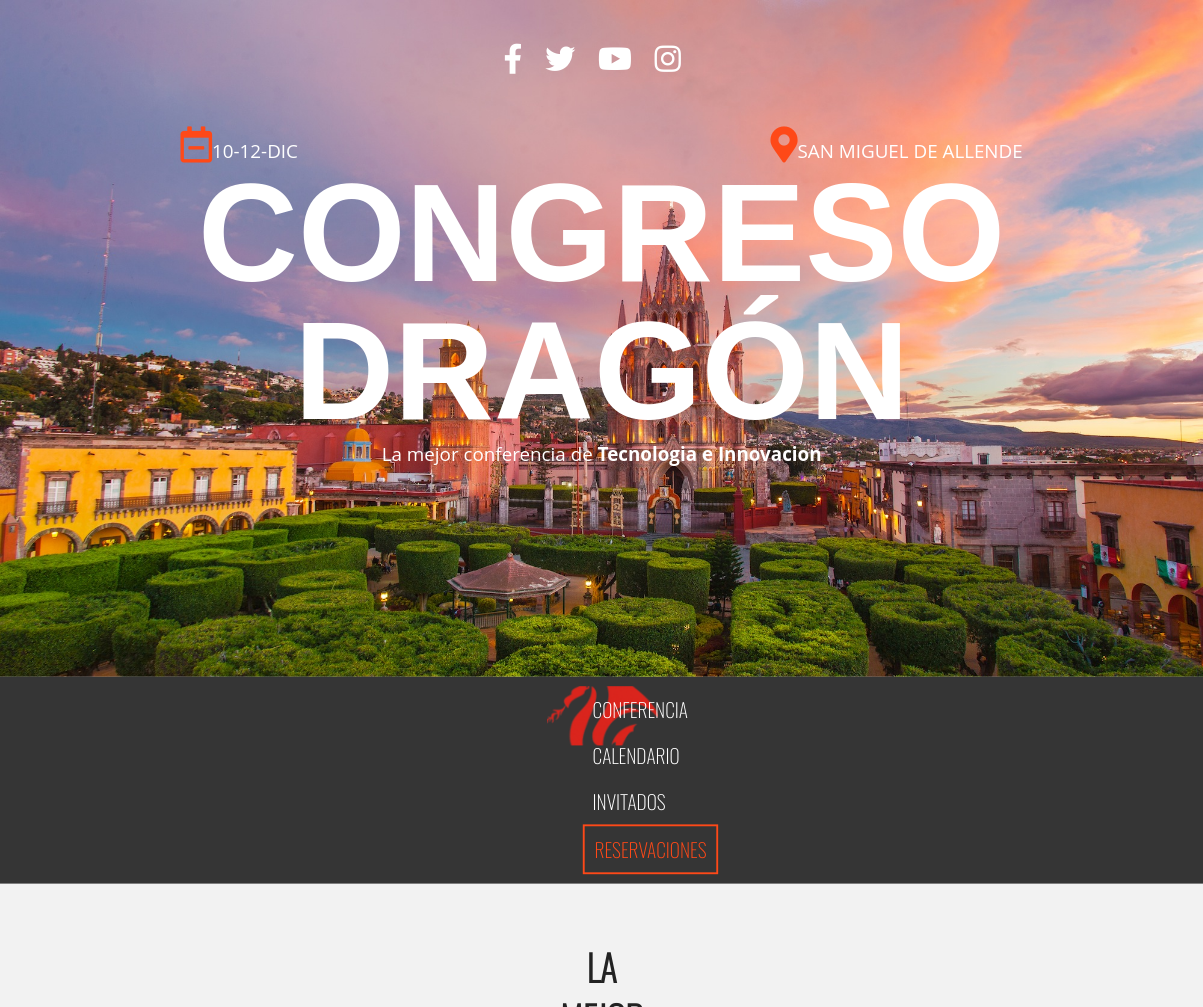
Repository: edgarhdzp/pagina-conferencias-reservaciones
Page: index.html
An editor plug-in stored every save of this project. The page is shown before and after a run of saves, followed by the edit.
The browser window is 1280 px wide. The pictures show the part of the page from y = 0 to 1071 px (the page is 5317 px tall before and 4485 px after), at 94% of full size.
Pictures or frames that could not be fetched are drawn as grey boxes.

Above is the page before, as saved 2020-06-29 21:09:12.

### index.html
<!doctype html>
<html class="no-js" lang="">

<head>
    <meta charset="utf-8">
    <title>CONFERENCIAS</title>
    <meta name="description" content="">
    <meta name="viewport" content="width=device-width, initial-scale=1">

    <meta property="og:title" content="">
    <meta property="og:type" content="">
    <meta property="og:url" content="">
    <meta property="og:image" content="">

    <link rel="manifest" href="site.webmanifest">
    <link rel="apple-touch-icon" href="icon.png">
    <!-- Place favicon.ico in the root directory -->

    <link rel="stylesheet" href="css/normalize.css">
    <link rel="stylesheet" href="css/fontawesome.min.css">
    <link rel="stylesheet" href="css/all.min.css">
    <link rel="stylesheet" href="css/main.css">
    <link href="https://fonts.googleapis.com/css2?family=Oswald:wght@200&display=swap" rel="stylesheet">

    <meta name="theme-color" content="#fafafa">
</head>

<body>


    <header class="site-header">
        <div class="hero">
            <div class="contenido-header">
                <nav class="redes-sociales">
                    <a href="·"><i class="fab fa-facebook-f"></i></a>
                    <a href="·"><i class="fab fa-twitter"></i></a>
                    <a href="·"><i class="fab fa-youtube"></i></a>
                    <a href="·"><i class="fab fa-instagram"></i></a>
                </nav>
                <div class="informacion-evento">
                    <div class="clearfix">
                        <p class="fecha"><i class="far fa-calendar-minus"></i>10-12-Dic</p>
                        <p class="ciudad"><i class="fas fa-map-marker-alt"></i>San Miguel de Allende</p>
                    </div>
                    <h1 class="nombre-sitio">Congreso Dragón</h1>
                    <p class="slogan">La mejor conferencia de <span>Tecnologia e Innovacion</span></p>
                </div>
            </div>
        </div>
    </header>

    <div class="barra">
        <div class="contenedor clearfix">
            <div class="logo">
                <img src="img/itses.png" alt="logo gdlwebcamp">
            </div>

            <div class="menu-movil">
                <span></span>
                <span></span>
                <span></span>
                <span></span>
            </div>

            <nav class="menu-principal clearfix">
                <a href="#">Conferencia</a>
                <a href="#">Calendario</a>
                <a href="#">Invitados</a>
                <a href="#">Reservaciones</a>
            </nav>
        </div>
    </div>
    <section class="seccion contenedor">
        <h2>La mejor conferencia web en español</h2>
        <p>Lorem ipsum, dolor sit amet consectetur adipisicing elit. Incidunt eius aut accusantium veritatis, ut mollitia culpa? Impedit necessitatibus et magnam voluptatem, voluptate similique iste, numquam placeat, corporis expedita repudiandae officiis.</p>
    </section>

    <section class="programa">
        <div class="contenedor-video">
            <video autoplay loop poster="bg-talleres.jpg">
              <source src="video/video.mp4" type="video/mp4">
                <source src="video/video.webm" type="video/webm">
                  <source src="video/video.ogv" type="video/ogv">
            </video>
        </div>
        <div class="contenido-programa">
            <div class="contenedor">
                <div class="programa-evento">
                    <h2>programa del evento</h2>
                    <nav class="menu-programa">
                        <a href=""><i class="fas fa-code"></i> Talleres</a>
                        <a href=""><i class="fas fa-comments"></i> Conferencias</a>
                        <a href=""><i class="fas fa-university"></i> Seminarios</a>
                    </nav>

                    <div id="talleres" class="info-curso ocultar clearfix">
                        <div class="detalle-evento">
                            <h3>HTML CSS JS</h3>
                            <p><i class="fas fa-clock"></i>20:00 HRS</p>
                            <p><i class="fas fa-calendar-times"></i> 5 DE MAYO</p>
                            <p><i class="fas fa-user"></i>JUAN LUIS</p>
                        </div>
                        <div class="detalle-evento">
                            <h3>diseño reponsibo</h3>
                            <p><i class="fas fa-clock"></i>18:00 HRS</p>
                            <p><i class="fas fa-calendar-times"></i> 5 DE MAYO</p>
                            <p><i class="fas fa-user"></i>JUAN LUIS</p>
                        </div>
                        <a href="" class="button float-right">Ver todosfta</a>
                    </div>
                </div>
            </div>
        </div>
    </section>
    <section class="invitados contenedor seccion">
        <h2>nuestros invitados</h2>
        <ul class="lista-invitados clearfix">
            <li>
                <div class="invitado">
                    <img src="img/invitado1.jpg" alt="imagen invitado">
                    <p>cuau blanco</p>
                </div>
            </li>
            <li>
                <div class="invitado">
                    <img src="img/invitado2.jpg" alt="imagen invitado">
                    <p>laura</p>
                </div>
            </li>
            <li>
                <div class="invitado">
                    <img src="img/invitado3.jpg" alt="imagen invitado">
                    <p>memin</p>
                </div>
            </li>
            <li>
                <div class="invitado">
                    <img src="img/invitado4.jpg" alt="imagen invitado">
                    <p>soindero</p>
                </div>
            </li>
            <li>
                <div class="invitado">
                    <img src="img/invitado5.jpg" alt="imagen invitado">
                    <p>pinocho</p>
                </div>
            </li>
            <li>
                <div class="invitado">
                    <img src="img/invitado6.jpg" alt="imagen invitado">
                    <p>cepillin</p>
                </div>
            </li>
        </ul>
    </section>

    <script src="js/vendor/modernizr-3.11.2.min.js">
    </script>
    <script src="js/plugins.js"></script>
    <script src="js/main.js"></script>

    <!-- Google Analytics: change UA-XXXXX-Y to be your site's ID. -->
    <script>
        window.ga = function() {
            ga.q.push(arguments)
        };
        ga.q = [];
        ga.l = +new Date;
        ga('create', 'UA-XXXXX-Y', 'auto');
        ga('set', 'anonymizeIp', true);
        ga('set', 'transport', 'beacon');
        ga('send', 'pageview')
    </script>
    <script src="https://www.google-analytics.com/analytics.js" async></script>
</body>


</html>

### css/main.css
html {
    color: #222;
    font-size: 1em;
    line-height: 1.4;
}


/*
 * Remove text-shadow in selection highlight:
 * https://twitter.com/miketaylr/status/12228805301
 *
 * Vendor-prefixed and regular ::selection selectors cannot be combined:
 * https://stackoverflow.com/a/16982510/7133471
 *
 * Customize the background color to match your design.
 */

 ::-moz-selection {
    background: #b3d4fc;
    text-shadow: none;
}

 ::selection {
    background: #b3d4fc;
    text-shadow: none;
}


/*
 * A better looking default horizontal rule
 */

hr {
    display: block;
    height: 1px;
    border: 0;
    border-top: 1px solid #ccc;
    margin: 1em 0;
    padding: 0;
}


/*
 * Remove the gap between audio, canvas, iframes,
 * images, videos and the bottom of their containers:
 * https://github.com/h5bp/html5-boilerplate/issues/440
 */

audio,
canvas,
iframe,
img,
svg,
video {
    vertical-align: middle;
}


/*
 * Remove default fieldset styles.
 */

fieldset {
    border: 0;
    margin: 0;
    padding: 0;
}


/*
 * Allow only vertical resizing of textareas.
 */

textarea {
    resize: vertical;
}


/* ==========================================================================
   Author's custom styles
   ========================================================================== */

html {
    box-sizing: border-box;
}

*,
*:before,
*:after {
    box-sizing: inherit;
}

body {
    background-color: #f2f2f2;
    font-family: 'Open Sans', sans-serif;
}

.contenedor {
    width: 9%;
    margin: 0 auto;
}


/*para modificar a una medida*/

@media only screen and(min-width:480px) {
    .contenedor {
        width: 95%;
    }
}

@media only screen and(min-width:760px) {
    .contenedor {
        width: 90%;
    }
}

@media only screen and(min-width:992px) {
    .contenedor {
        width: 90%;
        max-width: 1100px;
    }
}

h2 {
    font-family: 'Oswald', sans-serif;
    font-size: 2.4em;
    text-transform: uppercase;
    text-align: center;
}

h2::after {
    content: '';
    margin: 0 auto;
    background-image: url(../img/separador.png);
    height: 30px;
    width: 100px;
    display: block;
}

h3 {
    font-size: 1.8em;
    color: #fe4918;
    font-family: 'PT Sans', sans-serif;
    margin: 0;
}

.button {
    background-color: #fe4918;
    padding: 10px 40px;
    color: #ffffff;
    text-transform: uppercase;
    font-weight: bold;
    font-family: 'Oswald', sans-serif;
    text-decoration: none;
    font-size: 1em;
    margin-top: 20px;
    display: inline-block;
    transition: all .3s ease;
}

ul {
    list-style: none;
    margin: 0;
    padding: 0;
}

.button :hover {
    background-color: #e33000;
}

.float-right {
    float: right;
}

.seccion {
    padding: 30px 0;
}


/*header*/

div.hero {
    background-image: url(../img/sma.jpg);
    height: 100vh;
    background-position: top center;
    background-size: cover;
}

div.contenido-header {
    padding-top: 40px;
}

@media only screen and(min-width:768px) {
    div.contenido-header {
        padding-top: 10px;
    }
}

nav.redes-sociales {
    text-align: center;
}

nav.redes-sociales a {
    color: #ffffff;
    font-size: 2em;
    margin-right: 20px;
}


/*para editar el ultimo elemento unicamente*/

nav.redes-sociales a :last-child {
    margin-right: 0;
}

div.informacion-evento {
    text-align: center;
    color: #fff;
}

@media only screen and (min-width:768px) {
    div.informacion-evento {
        width: 70%;
        margin: 0 auto;
        margin-top: 50px;
    }
}

div.informacion-evento p {
    margin: 0;
    display: inline;
    font-size: 20px;
    /*para modificar a mayusculas*/
    text-transform: uppercase;
}

div.informacion-evento p i {
    color: #fe4918;
    font-size: 2.4rem;
}

p.fecha {
    float: left;
}

p.ciudad {
    float: right;
}

p.slogan {
    text-transform: none!important;
}

p.slogan span {
    font-weight: bold;
}

h1.nombre-sitio {
    font-family: 'PT Sans', sans-serif;
    text-transform: uppercase;
    font-size: 5.9vw;
}

@media only screen and (min-width:768px) {
    h1.nombre-sitio {
        font-size: 11.5vw;
        margin: 0;
        line-height: 1;
    }
}

div.barra {
    background-color: #353535;
    padding: 10px 0;
}

div.logo {
    width: 80%;
    float: left;
}

@media only screen and (min-width:768px) {
    div.logo {
        width: 33%;
    }
}

nav.menu-principal {
    display: none;
}


/*para el menu principal*/

nav.menu-principal a {
    font-family: 'Oswald', sans-serif;
    color: #ffffff;
    font-size: 1.3em;
    text-transform: uppercase;
    text-decoration: none;
    /*para dar el efecto al hover*/
    transition: all .6s ease;
    width: 100%;
    display: block;
    text-align: center;
}

nav.menu-principal a:hover {
    background-color: #fe4918;
}

nav.menu-principal a:last-child {
    border: 2px solid #fe4918;
    color: #fe4918;
}

nav.menu-principal a:last-child:hover {
    color: #ffffff;
}

@media only screen and (min-width:768px) {
    nav.menu-principal {
        width: 67%;
        float: right;
        text-align: right;
        display: block;
    }
}

nav.menu-principal a {
    padding: 10px 10px;
    margin-right: 10px;
    display: inline-block;
    width: auto;
    display: inline-block;
    text-align: center;
    margin: 0 10px 0 0;
}


/*menu movil*/

div.menu-movil {
    width: 60px;
    display: block;
    float: right;
    text-align: right;
    margin-top: 12px;
}

div.menu-movil:hover {
    cursor: pointer;
}

@media only screen and (min-width: 768px) {
    div.menu-movil {
        display: none;
    }
}

div.menu-movil span {
    height: 8px;
    margin-bottom: 6px;
    background-color: white;
    display: block;
}


/* talleres */

section.programa {
    position: relative;
}

div.contenedor-video {
    max-width: 100%;
    overflow-x: hidden;
}

div.contenido-programa {
    position: absolute;
    top: 0;
    left: 0;
    height: 100%;
    width: 100%;
}

div.programa-evento {
    background-color: rgba(255, 255, 255, .8);
    padding: 15px;
    margin-top: 80px;
}

@media only screen and (min-width:768px) {
    div.programa-evento {
        width: 70%;
    }
}

@media only screen and (min-width:992px) {
    div.programa-evento {
        width: 50%;
    }
}

nav.menu-programa {
    width: 100%;
    border-bottom: 1px solid #fe4918;
    padding-bottom: 10px;
}

@media only screen and (min-width:768px) {
    nav.menu-programa {
        display: table;
    }
}

nav.menu-programa a {
    display: block;
    text-align: center;
    color: black;
    text-decoration: none;
    font-family: 'Oswald', sans-serif;
    margin-bottom: 10px;
    font-size: 1.2em;
}

@media only screen and (min-width:768px) {
    nav.menu-programa a {
        display: table-cell;
    }
}

nav.menu-programa a i,
div.detalle-evento p i {
    color: #fe4918;
    font-size: 1.6em;
    margin-right: 10px;
}

div.detalle-evento {
    margin-top: 20px;
    border-bottom: 1px solid black;
    padding: 0 20px;
}

div.detalle-evento:nth-child(2) {
    border: none;
}

div.detalle-evento p {
    margin-bottom: 20px;
    font-size: 20px;
}


/* div.logo img {
    width: 100%;
} */


/* ==========================================================================
   Helper classes
   ========================================================================== */


/*
 * Hide visually and from screen readers
 */

.hidden,
[hidden] {
    display: none !important;
}


/*
 * Hide only visually, but have it available for screen readers:
 * https://snook.ca/archives/html_and_css/hiding-content-for-accessibility
 *
 * 1. For long content, line feeds are not interpreted as spaces and small width
 *    causes content to wrap 1 word per line:
 *    https://medium.com/@jessebeach/beware-smushed-off-screen-accessible-text-5952a4c2cbfe
 */

.sr-only {
    border: 0;
    clip: rect(0, 0, 0, 0);
    height: 1px;
    margin: -1px;
    overflow: hidden;
    padding: 0;
    position: absolute;
    white-space: nowrap;
    width: 1px;
    /* 1 */
}


/*
 * Extends the .sr-only class to allow the element
 * to be focusable when navigated to via the keyboard:
 * https://www.drupal.org/node/897638
 */

.sr-only.focusable:active,
.sr-only.focusable:focus {
    clip: auto;
    height: auto;
    margin: 0;
    overflow: visible;
    position: static;
    white-space: inherit;
    width: auto;
}


/*
 * Hide visually and from screen readers, but maintain layout
 */

.invisible {
    visibility: hidden;
}


/*
 * Clearfix: contain floats
 *
 * For modern browsers
 * 1. The space content is one way to avoid an Opera bug when the
 *    `contenteditable` attribute is included anywhere else in the document.
 *    Otherwise it causes space to appear at the top and bottom of elements
 *    that receive the `clearfix` class.
 * 2. The use of `table` rather than `block` is only necessary if using
 *    `:before` to contain the top-margins of child elements.
 */

.clearfix::before,
.clearfix::after {
    content: " ";
    display: table;
}

.clearfix::after {
    clear: both;
}


/* ==========================================================================
   EXAMPLE Media Queries for Responsive Design.
   These examples override the primary ('mobile first') styles.
   Modify as content requires.
   ========================================================================== */

@media only screen and (min-width: 35em) {
    /* Style adjustments for viewports that meet the condition */
}

@media print,
(-webkit-min-device-pixel-ratio: 1.25),
(min-resolution: 1.25dppx),
(min-resolution: 120dpi) {
    /* Style adjustments for high resolution devices */
}


/* ==========================================================================
   Print styles.
   Inlined to avoid the additional HTTP request:
   https://www.phpied.com/delay-loading-your-print-css/
   ========================================================================== */

@media print {
    *,
    *::before,
    *::after {
        background: #fff !important;
        color: #000 !important;
        /* Black prints faster */
        box-shadow: none !important;
        text-shadow: none !important;
    }
    a,
    a:visited {
        text-decoration: underline;
    }
    a[href]::after {
        content: " (" attr(href) ")";
    }
    abbr[title]::after {
        content: " (" attr(title) ")";
    }
    /*
   * Don't show links that are fragment identifiers,
   * or use the `javascript:` pseudo protocol
   */
    a[href^="#"]::after,
    a[href^="javascript:"]::after {
        content: "";
    }
    pre {
        white-space: pre-wrap !important;
    }
    pre,
    blockquote {
        border: 1px solid #999;
        page-break-inside: avoid;
    }
    /*
   * Printing Tables:
   * https://web.archive.org/web/20180815150934/http://css-discuss.incutio.com/wiki/Printing_Tables
   */
    thead {
        display: table-header-group;
    }
    tr,
    img {
        page-break-inside: avoid;
    }
    p,
    h2,
    h3 {
        orphans: 3;
        widows: 3;
    }
    h2,
    h3 {
        page-break-after: avoid;
    }
}

### js/plugins.js
// Avoid `console` errors in browsers that lack a console.
(function() {
  var method;
  var noop = function () {};
  var methods = [
    'assert', 'clear', 'count', 'debug', 'dir', 'dirxml', 'error',
    'exception', 'group', 'groupCollapsed', 'groupEnd', 'info', 'log',
    'markTimeline', 'profile', 'profileEnd', 'table', 'time', 'timeEnd',
    'timeline', 'timelineEnd', 'timeStamp', 'trace', 'warn'
  ];
  var length = methods.length;
  var console = (window.console = window.console || {});

  while (length--) {
    method = methods[length];

    // Only stub undefined methods.
    if (!console[method]) {
      console[method] = noop;
    }
  }
}());

// Place any jQuery/helper plugins in here.

Loaded but not shown: css/normalize.css (library); css/fontawesome.min.css (library); css/all.min.css (library); js/vendor/modernizr-3.11.2.min.js (library); js/main.js (no stored copy; drawn as an empty file)

After the next 2 saves:
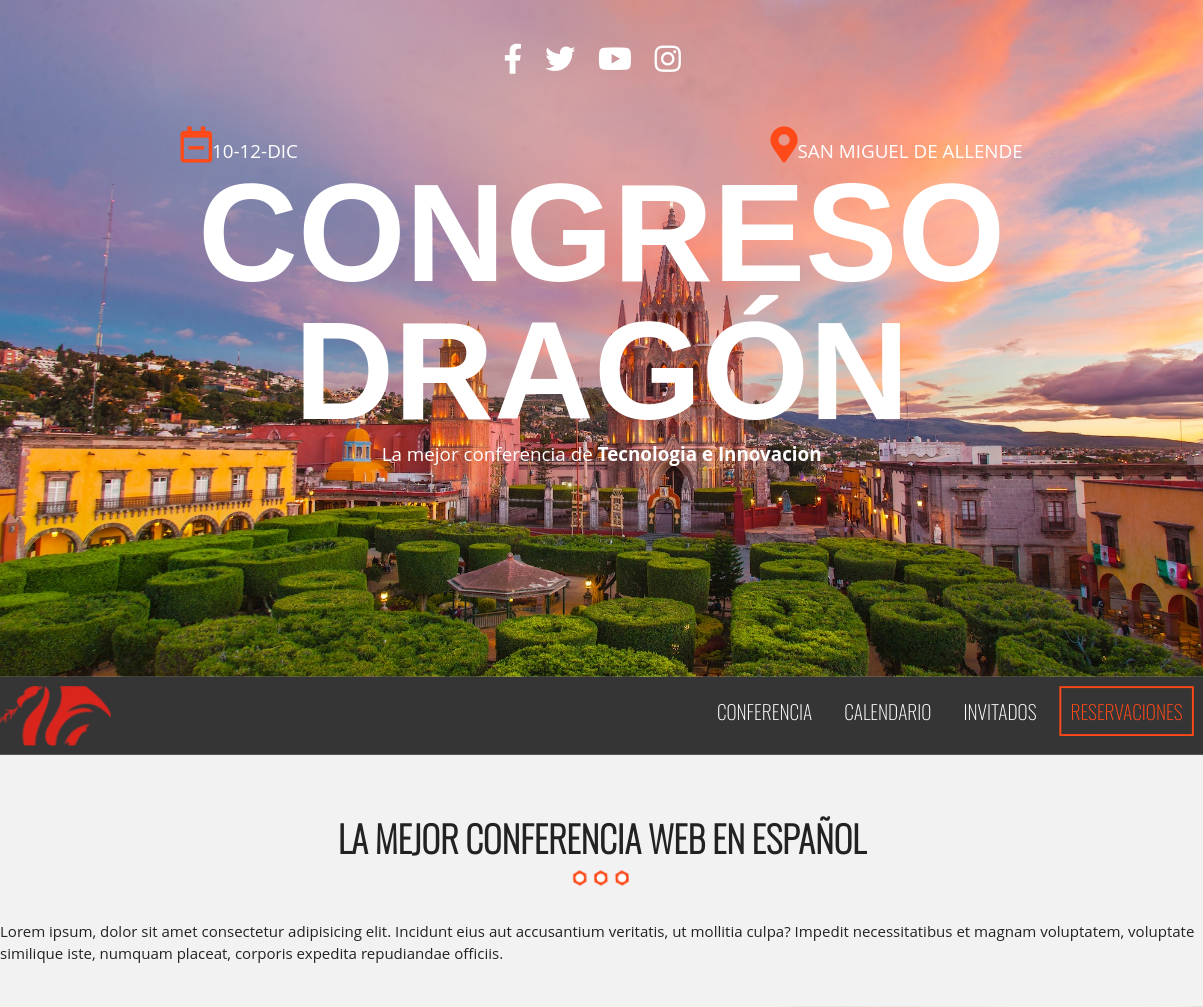
The 2 saves are shown as one change because they came seconds apart.
The last was saved 11 s later.
--- a/css/main.css
+++ b/css/main.css
@@ -96,7 +96,7 @@ body {
 }
 
 .contenedor {
-    width: 9%;
+    width: 100%;
     margin: 0 auto;
 }
 
